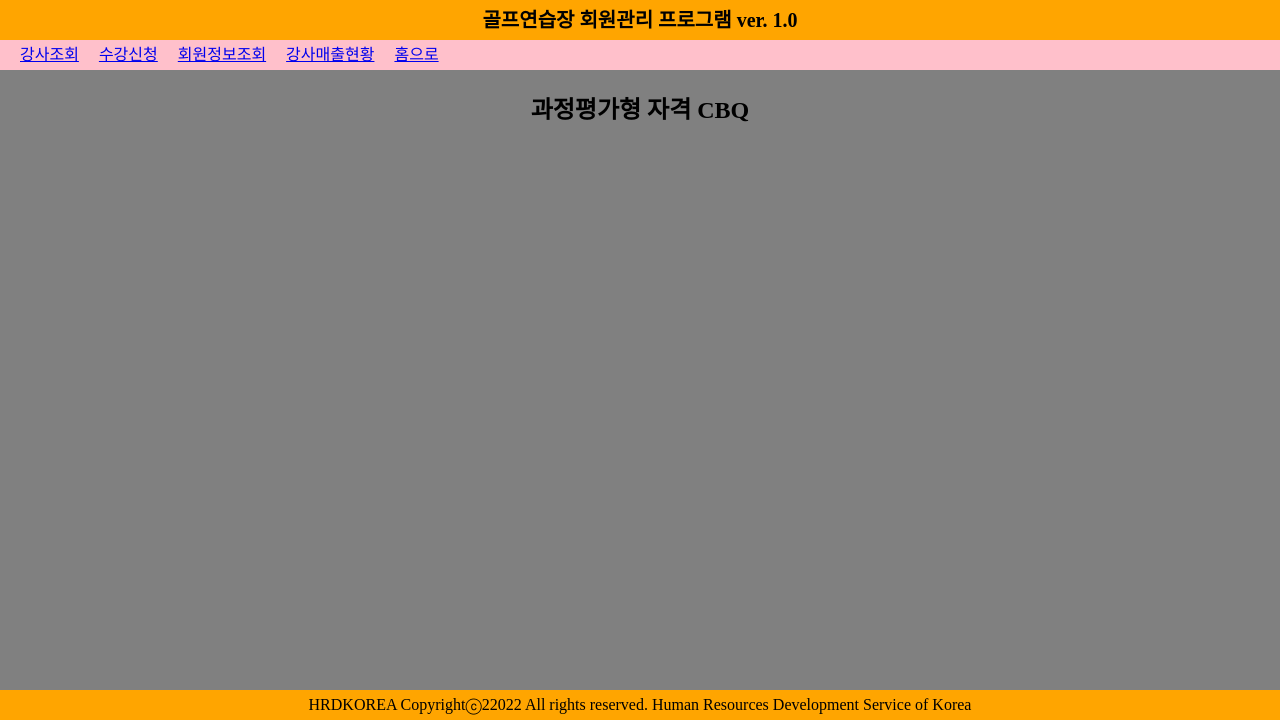
Repository: leesuyeon116/HRD_3
Page: http://localhost/HRD_0505/salary.jsp
These files come from the project's save history. The page is drawn as it stood at one moment and after the next save; the edit follows.
The browser window is 1280 px wide. The pictures show the whole page.
The page is served by Tomcat 9.

Above is the page before, as saved 2024-05-05 10:09:45.

### workspace/HRD_0505/src/main/webapp/salary.jsp
<%@ page language="java" contentType="text/html; charset=UTF-8"
    pageEncoding="UTF-8"%>
<!DOCTYPE html>
<html>
<head>
<meta charset="UTF-8">
<title>salary</title>
</head>
<body>
<jsp:include page="header.jsp"></jsp:include>
<section style="position: fixed; top: 70px; left: 0px; width: 100%; height: 100%; background-color: gray">
<h2 style="text-align: center">과정평가형 자격 CBQ</h2>
<form style="display: flex; align-items: center; justify-content: center; text-align: center">
</form>
</section>
<jsp:include page="footer.jsp"></jsp:include>
</body>
</html>

### workspace/HRD_0505/src/main/webapp/header.jsp
<%@ page language="java" contentType="text/html; charset=UTF-8"
    pageEncoding="UTF-8"%>
<!DOCTYPE html>
<html>
<head>
<meta charset="UTF-8">
<title>header</title>
</head>
<body>
<header style="position: fixed; top: 0px; left: 0px; width: 100%; height: 40px; line-height: 40px; background-color: orange;
	text-align: center; font-size: 20px">
<b>골프연습장 회원관리 프로그램 ver. 1.0</b>
</header>

<nav style="position: fixed; top: 40px; left: 0px; width: 100%; height: 30px; line-height: 30px; background-color: pink;
	padding-left: 20px">
	<a href="tlist.jsp">강사조회</a> &nbsp; &nbsp;
	<a href="insert.jsp">수강신청</a> &nbsp; &nbsp;
	<a href="mlist.jsp">회원정보조회</a> &nbsp; &nbsp;
	<a href="salary.jsp">강사매출현황</a> &nbsp; &nbsp;
	<a href="index.jsp">홈으로</a> &nbsp; &nbsp;
</nav>
</body>
</html>

### workspace/HRD_0505/src/main/webapp/footer.jsp
<%@ page language="java" contentType="text/html; charset=UTF-8"
    pageEncoding="UTF-8"%>
<!DOCTYPE html>
<html>
<head>
<meta charset="UTF-8">
<title>footer</title>
</head>
<body>
<footer style="position: fixed; bottom: 0px; left: 0px; width: 100%; height: 30px; line-height: 30px; background-color: orange;
	text-align: center">
	HRDKOREA Copyrightⓒ22022 All rights reserved. Human Resources Development Service of Korea
</footer>
</body>
</html>

After the next save:
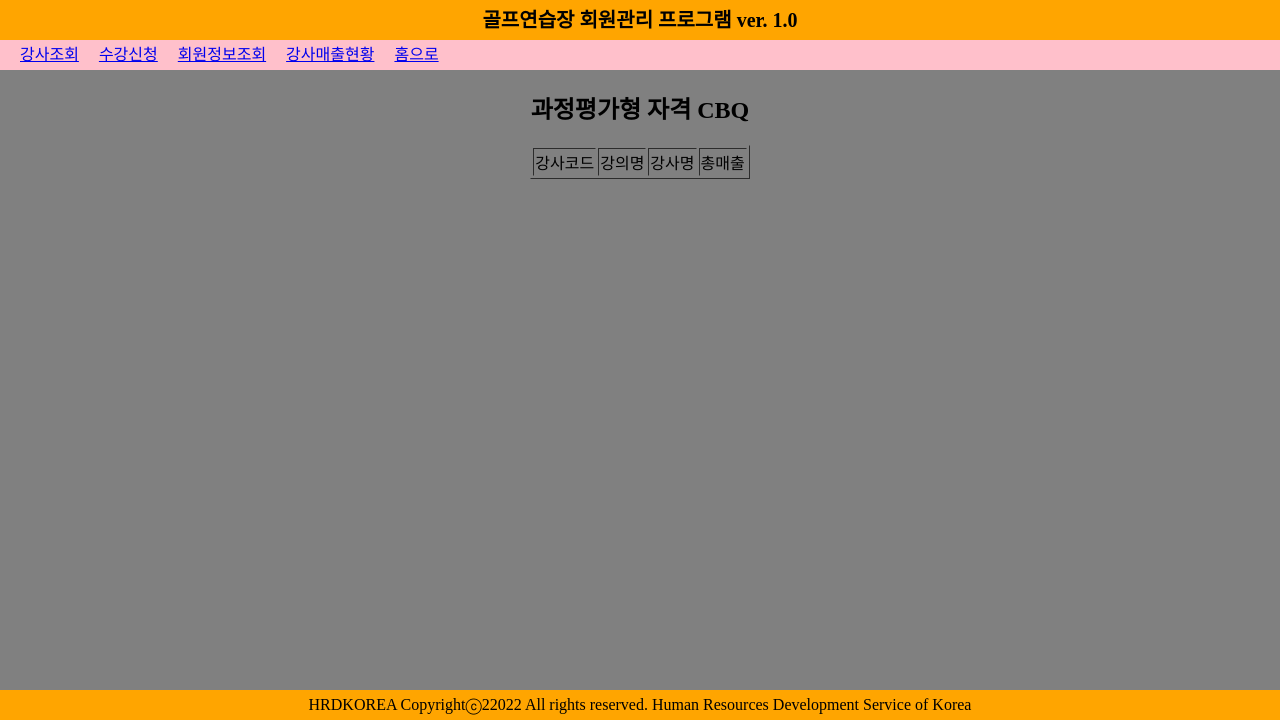
Saved 61 s later.
--- a/workspace/HRD_0505/src/main/webapp/salary.jsp
+++ b/workspace/HRD_0505/src/main/webapp/salary.jsp
@@ -10,8 +10,16 @@
 <jsp:include page="header.jsp"></jsp:include>
 <section style="position: fixed; top: 70px; left: 0px; width: 100%; height: 100%; background-color: gray">
 <h2 style="text-align: center">과정평가형 자격 CBQ</h2>
-<form style="display: flex; align-items: center; justify-content: center; text-align: center">
-</form>
+	<form style="display: flex; align-items: center; justify-content: center; text-align: center">
+		<table border="1">
+			<tr>
+				<td>강사코드</td>
+				<td>강의명</td>
+				<td>강사명</td>
+				<td>총매출</td>
+			</tr>
+		</table>
+	</form>
 </section>
 <jsp:include page="footer.jsp"></jsp:include>
 </body>
